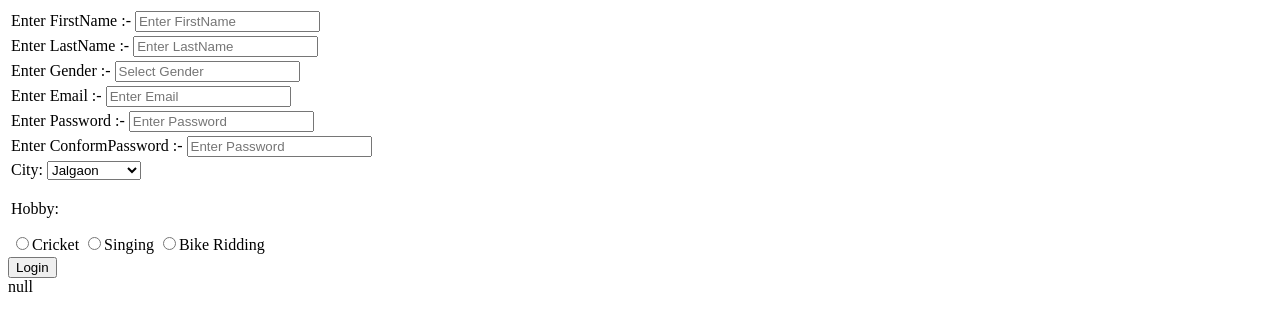
Repository: shzkhar/ISM_ADV_JAVA_23
Page: http://localhost/JSPRegiDemo/Regi.jsp
These files come from the project's save history. The page is drawn as it stood at one moment and after the next save; the edit follows.
The browser window is 1280 px wide. The pictures show the whole page.
The page is served by Tomcat 9. Other server files are loaded and not shown.

Above is the page before, as saved 2023-04-01 15:42:38.

### JSPRegiDemo/src/main/webapp/Regi.jsp
<%@ page language="java" contentType="text/html; charset=ISO-8859-1"
    pageEncoding="ISO-8859-1"%>
<!DOCTYPE html>
<html>
<head>
<meta charset="ISO-8859-1">
<title>Insert title here</title>
</head>
<body>
    <form action="Registration" method="post">
        <table>
        <tr>
           <td> Enter FirstName :- <input type="text" name="firstname" placeholder="Enter FirstName"/><td></tr>
          <tr> <td> Enter LastName :- <input type="text" name="lastname" placeholder="Enter LastName"/><td></tr>
            <tr> <td> Enter Gender :- <input type="text" name="gender" placeholder="Select Gender"/> </tr> </td>
            <tr> <td> Enter Email :- <input type="text" name="email" placeholder="Enter Email"/></tr> </td>
            <tr> <td> Enter Password :- <input type="password" name="pass" placeholder="Enter Password"/></tr> </td>
            <tr> <td> Enter ConformPassword :- <input type="password" name="cnfpass" placeholder="Enter Password"/></tr> </td>
            <tr> <td> <label for="City">City:</label>
    <select id="city" name="city">
    <option value="Jalgaon">Jalgaon</option>
    <option value="Pune">Pune</option>
    <option value="Mumbai">Mumbai</option>
    <option value="Ahmedabad">Ahmedabad</option>
  </select>
 </tr> </td>

           <tr><td> <p>Hobby:</p>
  <input type="radio" id="hobbi1" name="hobbi" value="Cricket">Cricket

  <input type="radio" id="hobbi2" name="hobbi" value="Singing">Singing

  <input type="radio" id="hobbi3" name="hobbi" value="Bike Ridding">Bike Ridding

 </tr> </td>


        </table>
        <input type="submit" value="Login">

    </form>
    <% String str = (String)request.getAttribute("error"); %>
    <%= str %>
</body>
</html>

After the next save:
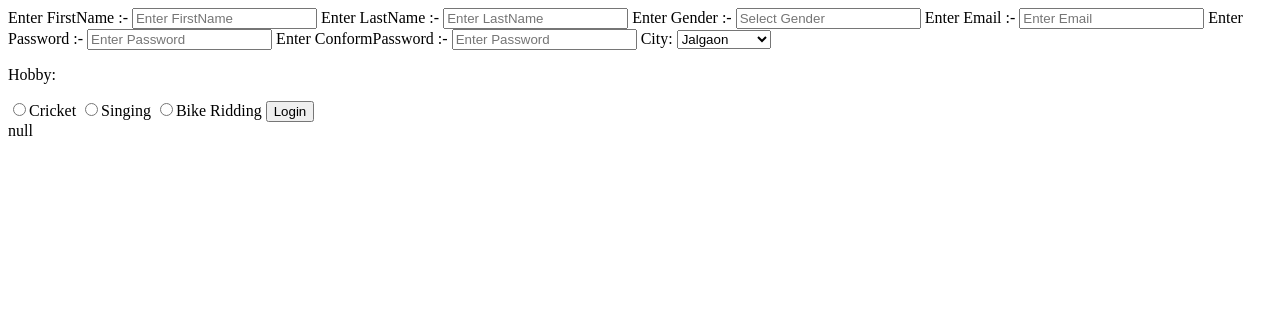
Saved 2 min 36 s later.
--- a/JSPRegiDemo/src/main/webapp/Regi.jsp
+++ b/JSPRegiDemo/src/main/webapp/Regi.jsp
@@ -8,34 +8,31 @@
 </head>
 <body>
     <form action="Registration" method="post">
-        <table>
-        <tr>
-           <td> Enter FirstName :- <input type="text" name="firstname" placeholder="Enter FirstName"/><td></tr>
-          <tr> <td> Enter LastName :- <input type="text" name="lastname" placeholder="Enter LastName"/><td></tr>
-            <tr> <td> Enter Gender :- <input type="text" name="gender" placeholder="Select Gender"/> </tr> </td>
-            <tr> <td> Enter Email :- <input type="text" name="email" placeholder="Enter Email"/></tr> </td>
-            <tr> <td> Enter Password :- <input type="password" name="pass" placeholder="Enter Password"/></tr> </td>
-            <tr> <td> Enter ConformPassword :- <input type="password" name="cnfpass" placeholder="Enter Password"/></tr> </td>
-            <tr> <td> <label for="City">City:</label>
+
+            Enter FirstName :- <input type="text" name="firstname" placeholder="Enter FirstName"/>
+            Enter LastName :- <input type="text" name="lastname" placeholder="Enter LastName"/>
+            Enter Gender :- <input type="text" name="gender" placeholder="Select Gender"/>
+            Enter Email :- <input type="text" name="email" placeholder="Enter Email"/>
+            Enter Password :- <input type="password" name="pass" placeholder="Enter Password"/>
+            Enter ConformPassword :- <input type="password" name="cnfpass" placeholder="Enter Password"/>
+            <label for="City">City:</label>
     <select id="city" name="city">
     <option value="Jalgaon">Jalgaon</option>
     <option value="Pune">Pune</option>
     <option value="Mumbai">Mumbai</option>
     <option value="Ahmedabad">Ahmedabad</option>
   </select>
- </tr> </td>
 
-           <tr><td> <p>Hobby:</p>
+
+           <p>Hobby:</p>
   <input type="radio" id="hobbi1" name="hobbi" value="Cricket">Cricket
 
   <input type="radio" id="hobbi2" name="hobbi" value="Singing">Singing
 
   <input type="radio" id="hobbi3" name="hobbi" value="Bike Ridding">Bike Ridding
 
- </tr> </td>
 
 
-        </table>
         <input type="submit" value="Login">
 
     </form>
